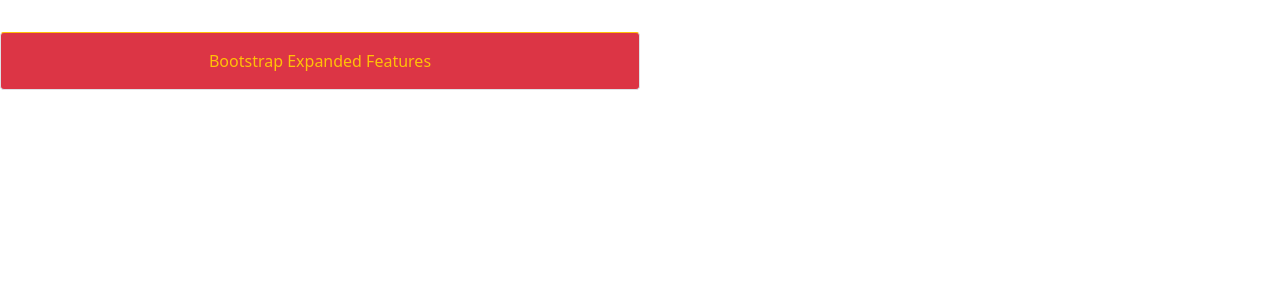
Repository: LynxPardelle/bootstrap-expanded-features
Page: index.html
These files come from the project's save history. The page is drawn as it stood at one moment and after the next save; the edit follows.
The browser window is 1280 px wide. The pictures show the whole page.

Above is the page before, as saved 2021-12-31 02:05:31.

After the next save:
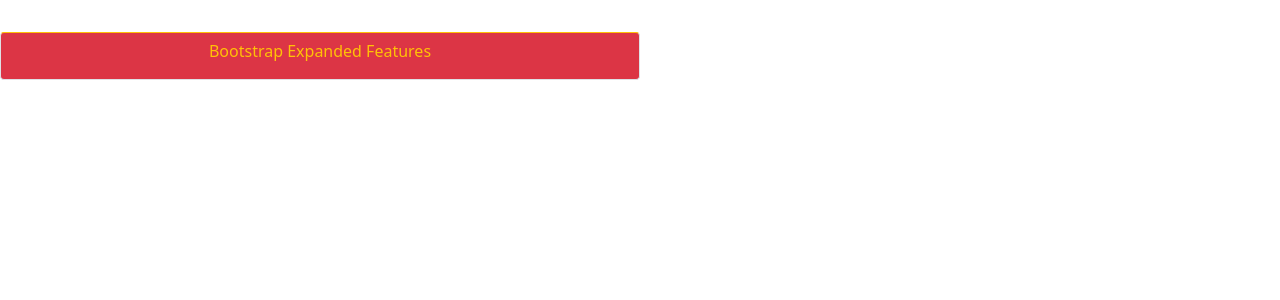
Saved 52 s later.
--- a/index.html
+++ b/index.html
@@ -19,7 +19,7 @@
         text-center
         bfe-fs-16px
         bfe
-        bfe-p-16px
+        bfe-pb-16px
         bfe-my-16px
         bfe-my-md-2rem
         bfe-w-90per
@@ -28,6 +28,7 @@
         bfe-text-sm-secondary
         bfe-text-md-warning
         bfe-bordert-warning
+        bfe-pt-666hm
         border
         btn
         bfe-btn-danger
